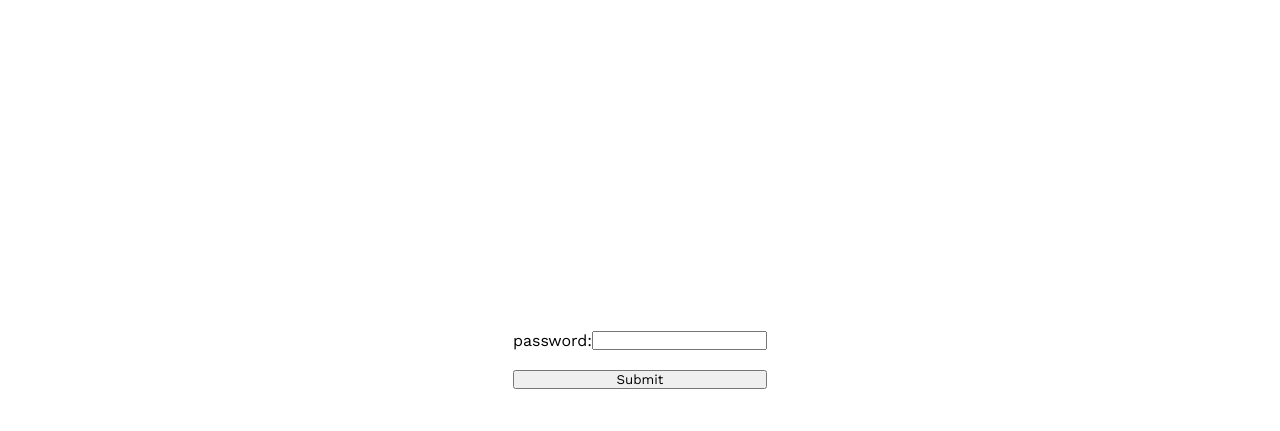
Repository: DOODpls/final_portfolio
Page: http://localhost/login
An editor plug-in stored every save of this project. The page is shown before and after the next save, followed by the edit.
The browser window is 1280 px wide. The pictures show the whole page.
Some web fonts or font styles are not loaded; a fallback is used. The page is served by the project's Node server (app.js). Other server files are loaded and not shown.

Above is the page before, as saved 2019-12-11 23:34:29.

### views/adminlogin.ejs
<!DOCTYPE html>
<html lang="en">
<head>
  <meta charset="UTF-8">
  <meta name="viewport" content="width=device-width, initial-scale=1.0">
  <meta http-equiv="X-UA-Compatible" content="ie=edge">
  <link rel="stylesheet" href="/css/admin.css">
  <title>Document</title>
</head>
<body>
  <div class="admin-container">
    <field method="POST" action="/admin" class="adminform">
      <div class="passworddiv">
        <p>password: </p>
        <input type="password" name="password" id="password" class="password">
      </div>
      <button type="submit" class="password-submit">Submit</button>
    </form>
  </div>
</body>
</html>

### app.js
const express = require('express');
const mongoose = require('mongoose');
require('dotenv').config();
const pageinfo = require('./page_info')
const app = express();
const path = require('path');

mongoose.connect(process.env.DB_CONNECTION, { useUnifiedTopology: true,useNewUrlParser: true });

const db = mongoose.connection;

db.on('error', console.error.bind(console, 'connection error:'));
db.once('open', function() {
  console.log('DB Connected!!!');
});

app.set('view engine', 'ejs');



app.use(express.urlencoded({ extended: false }));

app.use('/', require('./routes/routes.js'));
app.use('/blogs', require('./routes/routes.js'));
app.use('/admin', require('./routes/routes.js'));
app.use('/login', require('./routes/routes.js'));

app.use(express.static(path.join(__dirname, 'public')));

app.use(function (err, response) {
  console.error(err.body)
  response.status(404).render('404');
})

const PORT = process.env.PORT || 3000;

app.listen(PORT, function(){
  console.log(`Listening on PORT ${PORT}`)
})

### routes/routes.js
const express = require('express');
const pgrtrs = express.Router();
const pagesInfo = require('../page_info');
const bloglist = require('../models/blogschema');
var md = require('markdown-it')({
  html: true,
  linkify: true,
  typographer: true
});
var fs = require("fs");

pgrtrs.get('/', function(request, response){
  response.render('index', {
    pginfo: pagesInfo.index
  })
})

pgrtrs.get('/admin', function(request, response){
  console.log(request.body);
  response.render('admin', {
    pginfo: pagesInfo.admin
  })
})

pgrtrs.get('/login', function(request, response){
  response.render('adminlogin', {
    pginfo: pagesInfo.admin
  })
})

pgrtrs.get('/blogs', async function(request, response){
  const blogs = await bloglist.find();
  response.render('blogs', {
    pginfo: pagesInfo.index,
    blogss: blogs,
  })

})

pgrtrs.get('/blogs/:slug', async function(request,response){
  const blogpost = await bloglist
  .where('slug', request.params.slug);

  fs.readFile('./public/blogs/'+ blogpost[0].slug +'.md', function(err, buf) {
    const result = md.render(buf.toString());
    response.render('blogposts', {
      blogpost: blogpost[0],
      blogcont: result,
      title: blogpost[0].title,
      pginfo: pagesInfo.index
    })
  });
})

module.exports = pgrtrs;

### page_info.js
const pagesInfo = {
  index:{
    title:'Floyd Santos',
    link: '/',
    projects: [
      {
        "title" : "Homepage",
        "url" : "https://techhome.netlify.com/",
        "description" : "A basic homepage with 4 section.",
        "photo" : "/images/projs/homepage.png"
      },{
        "title" : "Photograpiya",
        "url" : "https://photograpiya.netlify.com/",
        "description" : "A 4 page portfolio/gallery made with HTML and CSS",
        "photo" : "/images/projs/photograpiya.png"
      },{
        "title" : "Tiles!",
        "url" : "https://jstiles.netlify.com/",
        "description" : "A assignment which we have to fill the section with tiles by using loop",
        "photo" : "/images/projs/tiles.png"
      },{
        "title" : "Mobile Menu",
        "url" : "https://jsmobilemenu.netlify.com/",
        "description" : "This assingment demonstrate how we make mobile menus using media query and JavaScript",
        "photo" : "/images/projs/mobilemenu.png"
      },{
        "title" : "The Weathering",
        "url" : "http://theweathering.netlify.com/",
        "description" : "A web app that shows you the current weather on your location, and you can also search for other cities",
        "photo" : "/images/projs/theweathering.png"
      },{
        "title" : "Darkblogs",
        "url" : "https://blog-secret.herokuapp.com/",
        "description" : "A blog posting website made with NodeJS",
        "photo" : "/images/projs/darkblogs.png"
      },{
        "title" : "MacEwan",
        "url" : "https://dev-macewan-university.pantheonsite.io/",
        "description" : "A website remake using Wordpress.",
        "photo" : "/images/projs/macewan.png"
      },{
        "title" : "Jekyll Portfolio",
        "url" : "https://doodpls.github.io/",
        "description" : "A portfolio made with Jekyll",
        "photo" : "/images/projs/jekyll.png"
      },
    ],
    skills: [
      {
        "class" : "fab fa-node-js",
        "desc" : "NodeJS"
      },{
        "class" : "fab fa-js-square",
        "desc" : "JavaScript"
      },{
        "class" : "fab fa-css3-alt",
        "desc" : "CSS"
      },{
        "class" : "fab fa-html5",
        "desc" : "HTML"
      },{
        "class" : "fab fa-git-alt",
        "desc" : "GIT"
      },{
        "class" : "fab fa-wordpress",
        "desc" : "WordPress"
      }
    ],
    extskills: [
      {
        "imgscr" : "https://cdn3.iconfinder.com/data/icons/brands-applications/512/Photoshop_B-512.png",
        "desc" : "Photoshop"
      },{
        "imgscr" : "https://cdn.onlinewebfonts.com/svg/img_21237.png",
        "desc" : "Illustrator"
      },{
        "imgscr" : "https://cdn4.iconfinder.com/data/icons/logos-and-brands-1/512/8_Premier_Pro_Adobe_logo_logos-512.png",
        "desc" : "Premier"
      },
    ],
    footerlinks: [
      {
        "name" : "twiiter",
        "class" : "fab fa-twitter",
        "links" : "https://bit.ly/2Ech3Jz"
      },{
        "name" : "facebook",
        "class" : "fab fa-facebook-f",
        "links" : "https://bit.ly/2REPtNd"
      },{
        "name" : "instagram",
        "class" : "fab fa-instagram",
        "links" : "https://bit.ly/34fb2qt"
      },{
        "name" : "linkedin",
        "class" : "fab fa-linkedin-in",
        "links" : "https://bit.ly/2RDMLHO"
      },{
        "name" : "github",
        "class" : "fab fa-github",
        "links" : "https://bit.ly/2PaSTpg"
      },{
        "name" : "stackoverflow",
        "class" : "fab fa-stack-overflow",
        "links" : "https://bit.ly/35bb0B4"
      },
    ]
  },
  blogs:{
    title:'Blogs'
  },
  admin: {
    title: 'Admin'
  }
}

module.exports = pagesInfo;

### public/css/admin.css
@import url('./reset.css');
@import url('./fonts.css');

.passworddiv{
  display: flex;
  margin-bottom: 20px;
}
.admin-container{
  height: 100vh;
  display: flex;
  justify-content: center;
  align-items: center;
}
.adminform{
  display: flex;
  flex-direction: column;
  justify-content: center;
}

### public/css/reset.css
* {
  margin: 0;
  padding: 0;
  box-sizing: border-box;
  font-family: 'Work Sans', sans-serif;
}

/* ^^^^^^^^^^^^^^FOOTER HAXX^^^^^^^^^^^^^^^^^ */
html, body{ height:100%; margin:0; }

/* Trick */
body{
  display:flex;
  flex-direction:column;
}

footer{
  margin-top:auto;
}

### public/css/fonts.css
@import url('https://fonts.googleapis.com/css?family=Permanent+Marker|Work+Sans&display=swap');
@import url('https://fonts.googleapis.com/css?family=Staatliches&display=swap');

After the next save:
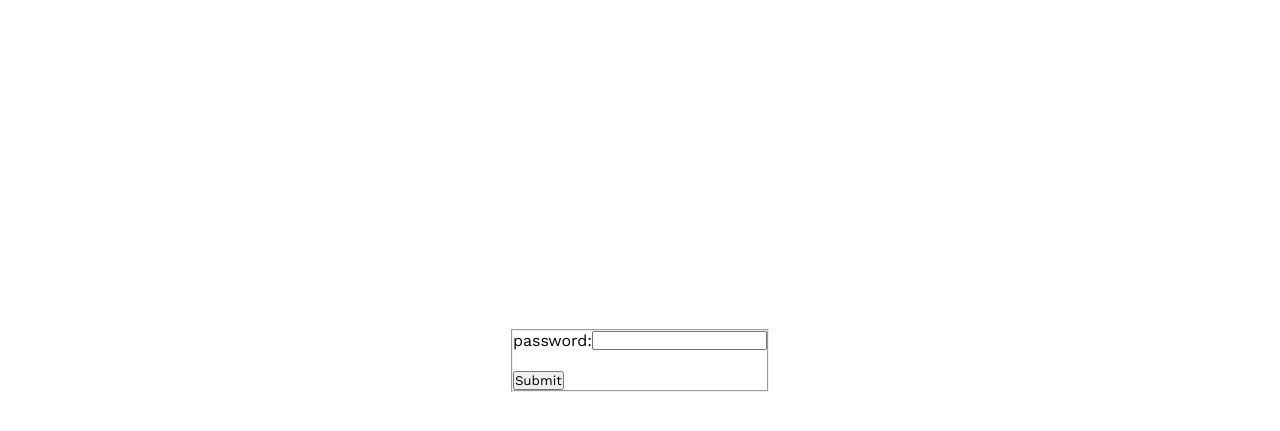
Saved 14 s later.
--- a/views/adminlogin.ejs
+++ b/views/adminlogin.ejs
@@ -10,11 +10,14 @@
 <body>
   <div class="admin-container">
     <field method="POST" action="/admin" class="adminform">
-      <div class="passworddiv">
+      <fieldset>
+        <div class="passworddiv">
         <p>password: </p>
         <input type="password" name="password" id="password" class="password">
       </div>
       <button type="submit" class="password-submit">Submit</button>
+      </fieldset>
+
     </form>
   </div>
 </body>

After the save that followed:
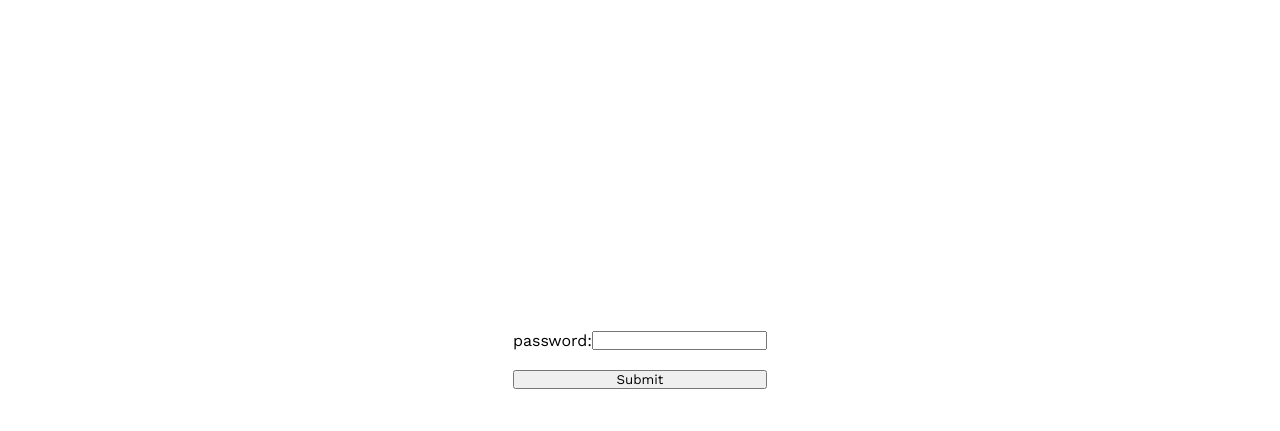
Saved 10 s later.
--- a/views/adminlogin.ejs
+++ b/views/adminlogin.ejs
@@ -10,14 +10,11 @@
 <body>
   <div class="admin-container">
     <field method="POST" action="/admin" class="adminform">
-      <fieldset>
-        <div class="passworddiv">
+      <div class="passworddiv">
         <p>password: </p>
         <input type="password" name="password" id="password" class="password">
       </div>
       <button type="submit" class="password-submit">Submit</button>
-      </fieldset>
-
     </form>
   </div>
 </body>
